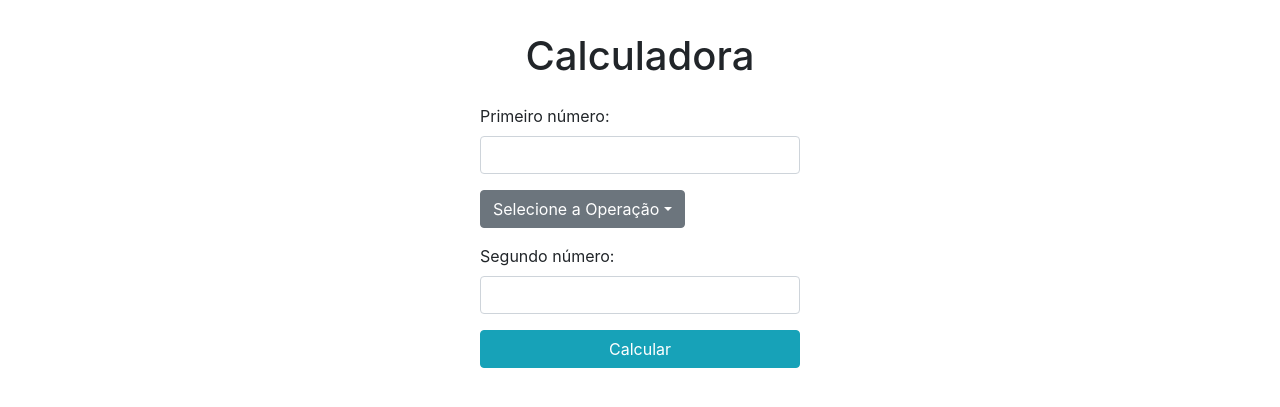
Repository: babirms/DAC
Page: Calculadora/WebContent/home.html
An editor plug-in stored every save of this project. The page is shown before and after the next save, followed by the edit.
The browser window is 1280 px wide. The pictures show the whole page.

Above is the page before, as saved 2020-09-20 23:32:00.
Console error (its wording comes from the project's code and is left out).

### Calculadora/WebContent/home.html
<!DOCTYPE html>
<html>
<head>
<meta charset="ISO-8859-1">
<title>Calculadora - Página Inicial</title>
<link href="bootstrap/css/bootstrap.min.css" rel="stylesheet"
	type="text/css" />
<script type="text/javascript" src="bootstrap/js/bootstrap.min.js"></script>
</head>
<body>
	<div class="d-flex flex-column align-items-center col-xs-8">
		<div class="container p-3" style="width: 352px;">
			<h1 class="p-3 text-center">Calculadora</h1>
			<form action="CalculadoraServlet" method="get">
				<div class="form-group">
					<label for="primeiroNum">Primeiro número: </label> <input
						type="number" class="form-control" name="primeiroValue"
						id="primeiroNum" required>
				</div>
				<div class="form-group">
					<div class="dropdown">
						<button class="btn btn-secondary dropdown-toggle" type="button"
							id="dropdownMenuButton" data-toggle="dropdown"
							aria-haspopup="true" aria-expanded="false">Selecione a Operação</button>
							 <div class="dropdown-menu" aria-labelledby="dropdownMenuButton">
						<select name="operacao">
							<option class="dropdown-item" value="+" class="shadow-sm p-3 mb-5 bg-white rounded">(+)</option>
							<option class="dropdown-item" value="-">(-)</option>
							<option class="dropdown-item" value="x">(x)</option>
							<option class="dropdown-item" value="/">(/)</option>
						</select></div>
					</div>
				</div>
				<div class="form-group">
					<label for="segundoNum">Segundo número: </label> <input
						type="number" id="segundoNum" class="form-control"
						name="segundoValue" required>
				</div>
				<button class="btn btn-info btn-block" type="submit">Calcular</button>
			</form>
		</div>
	</div>
</body>
</html>

Loaded but not shown: Calculadora/WebContent/bootstrap/css/bootstrap.min.css (library); Calculadora/WebContent/bootstrap/js/bootstrap.min.js (library)

After the next save:
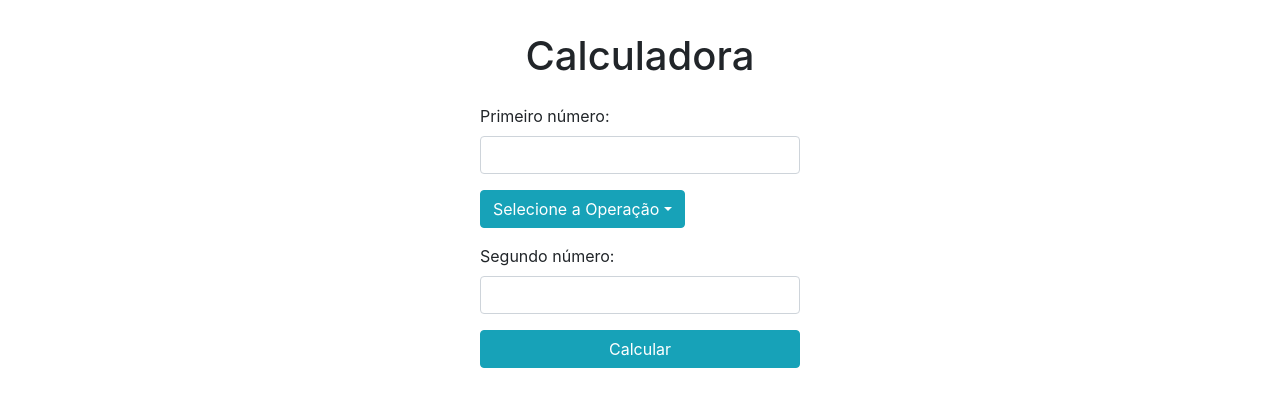
Saved 42 s later.
--- a/Calculadora/WebContent/home.html
+++ b/Calculadora/WebContent/home.html
@@ -19,7 +19,7 @@
 				</div>
 				<div class="form-group">
 					<div class="dropdown">
-						<button class="btn btn-secondary dropdown-toggle" type="button"
+						<button class="btn btn-info dropdown-toggle" type="button"
 							id="dropdownMenuButton" data-toggle="dropdown"
 							aria-haspopup="true" aria-expanded="false">Selecione a Operação</button>
 							 <div class="dropdown-menu" aria-labelledby="dropdownMenuButton">
